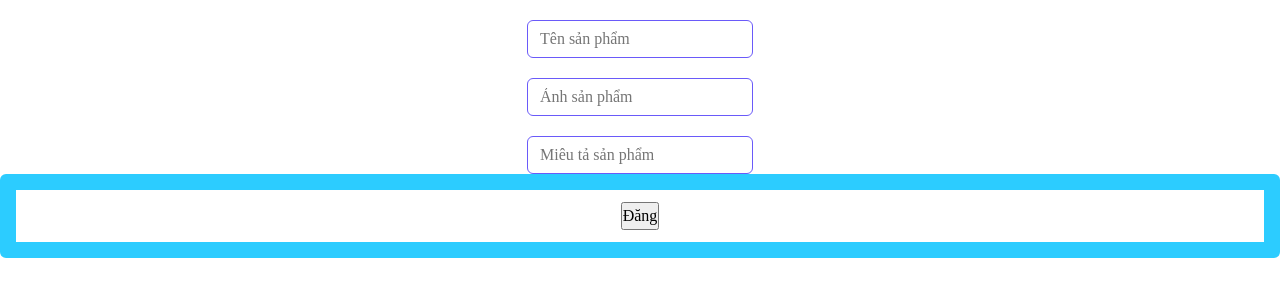
Repository: nguyennam1029/tettt
Page: index.html
These files come from the project's save history. The page is drawn as it stood at one moment and after the next save; the edit follows.
The browser window is 1280 px wide. The pictures show the whole page.

Above is the page before, as saved 2022-05-30 15:13:48.

### index.html
<!DOCTYPE html>
<html lang="en">
<head>
    <meta charset="UTF-8">
    <meta http-equiv="X-UA-Compatible" content="IE=edge">
    <meta name="viewport" content="width=device-width, initial-scale=1.0">
    <title>API</title>
    <!-- ---css---0000 -->
    <link rel="stylesheet" href="css/style.css">
</head>
<body>
    <div class="wrapper">

        <div class="form-label">
            <input class="form-input" type="text" name="name" placeholder="Tên sản phẩm">
        </div>
        <div class="form-label">
            <input class="form-input" type="text" name="img" placeholder="Ảnh sản phẩm">
        </div>
        <div class="form-label">
            <input class="form-input" type="text" name="name" placeholder="Miêu tả sản phẩm">
        </div>
        <div class="form-btn">
            <button>Đăng</button>
        </div>
    </div>
<!-- --JS--- -->
<script src="./app.js"></script>
</body>
</html>

### css/style.css
*,
*::before,
*::after {
  box-sizing: border-box;
}
* {
  margin: 0;
  padding: 0;
}

html,
body {
  height: 100%;
}
body {
  line-height: 1.5;
}

img,
picture,
video,
canvas,
svg {
  display: block;
  max-width: 100%;
}
input,
button,
textarea,
select {
  font: inherit;
  outline: none;
}
p,
h1,
h2,
h3,
h4,
h5,
h6 {
  overflow-wrap: break-word;
}

.wrapper {
    text-align: center;
}
.form-label {

}
.form-input {
    outline: none;
    border: 1px solid #6A5AF9;
    border-radius: 6px;
    padding: 6px 12px;
    margin-top: 20px;
    -webkit-border-radius: 6px;
    -moz-border-radius: 6px;
    -ms-border-radius: 6px;
    -o-border-radius: 6px;
}
.form-btn {
    width: 100%;
    border: 1pc solid #2cccff;
    outline: none;
    padding: 12px 24px;
    border-radius: 6px;
    -webkit-border-radius: 6px;
    -moz-border-radius: 6px;
    -ms-border-radius: 6px;
    -o-border-radius: 6px;
}

Loaded but not shown: app.js (no stored copy; drawn as an empty file)

After the next save:
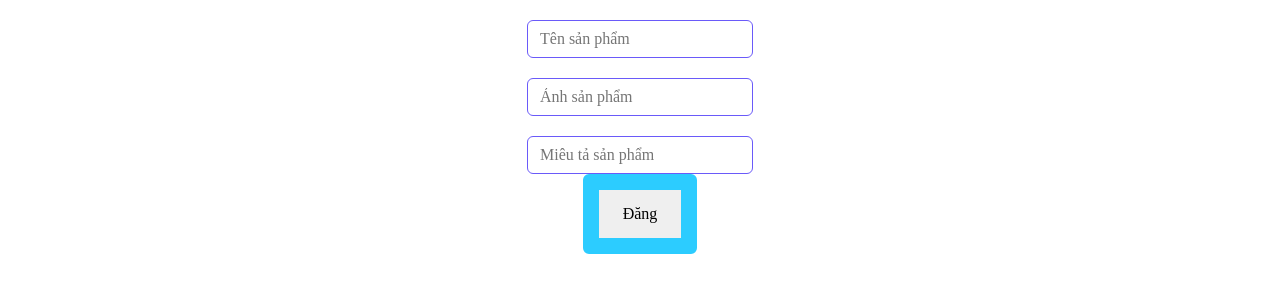
Saved 16 s later.
--- a/css/style.css
+++ b/css/style.css
@@ -58,8 +58,8 @@ h6 {
     -ms-border-radius: 6px;
     -o-border-radius: 6px;
 }
-.form-btn {
-    width: 100%;
+.form-btn button {
+    /* width: 100%; */
     border: 1pc solid #2cccff;
     outline: none;
     padding: 12px 24px;
